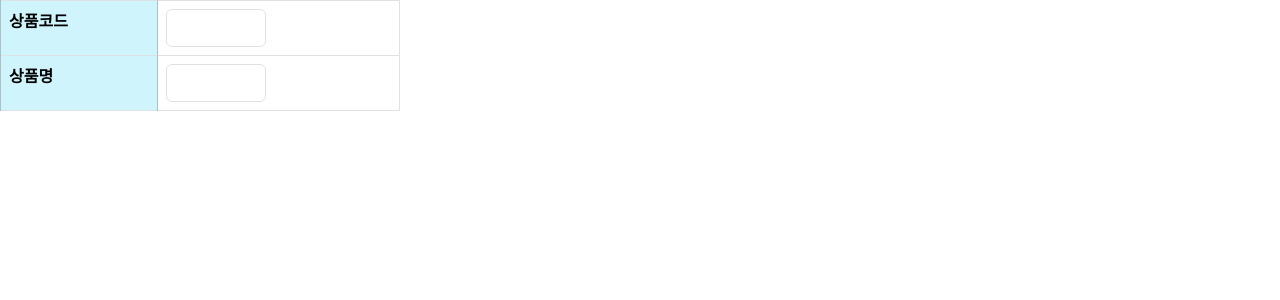
Repository: GANADAG/jspProject
Page: http://localhost/JspProject/ajax0305/read_ex2.jsp
The author's editor kept a copy of each file at every save. The page is drawn from the files as they stood at one save, then again after the next save.
The browser window is 1280 px wide. The pictures show the whole page.
Some web fonts or font styles are not loaded; a fallback is used. The page is served by Tomcat 9. Other server files are loaded and not shown.

Above is the page before, as saved 2024-03-05 07:23:55.

### JspProject/src/main/webapp/ajax0305/read_ex2.jsp
<%@ page language="java" contentType="text/html; charset=UTF-8"
    pageEncoding="UTF-8"%>
<!DOCTYPE html>
<html>
<head>
<meta charset="UTF-8">
<link href="https://cdn.jsdelivr.net/npm/bootstrap@5.3.2/dist/css/bootstrap.min.css" rel="stylesheet">
<link href="https://fonts.googleapis.com/css2?family=Diphylleia&family=Dongle&family=Noto+Sans+KR:wght@100..900&family=Orbit&family=Stylish&display=swap" rel="stylesheet">
<script src="https://code.jquery.com/jquery-3.7.0.js"></script>

<title>Insert title here</title>
</head>
<body>
	<form action="frm">
		<table class="table table-bordered" style="width:400px;">
			<tr>
				<th class="table-info">상품코드</th>
				<td>
					<input type="text" name="scode" id="scode"
					class="form-control" style="width:100px;">
				</td>
			</tr>
			<tr>
				<th class="table-info">상품명</th>
				<td>
					<input type="text" name="sname" id="scode"
					class="form-control" style="width:100px;">
				</td>
			</tr>

		</table>
	</form>
</body>
</html>

After the next save:
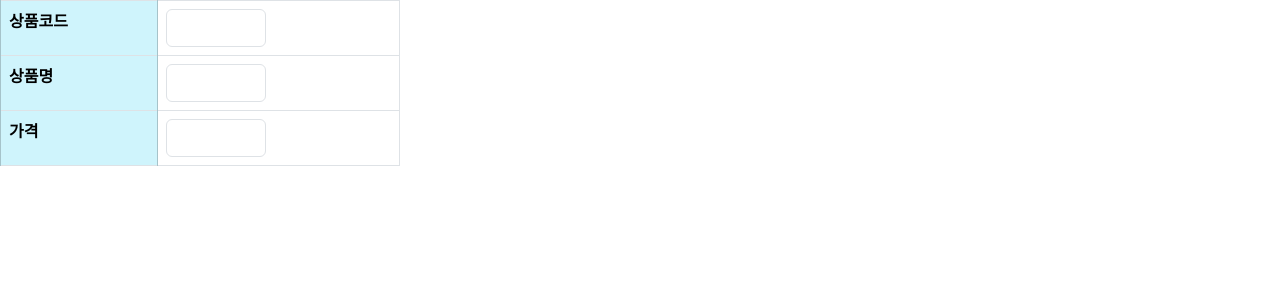
Saved 22 s later.
--- a/JspProject/src/main/webapp/ajax0305/read_ex2.jsp
+++ b/JspProject/src/main/webapp/ajax0305/read_ex2.jsp
@@ -27,6 +27,13 @@
 					class="form-control" style="width:100px;">
 				</td>
 			</tr>
+			<tr>
+				<th class="table-info">가격</th>
+				<td>
+					<input type="text" name="sname" id="price"
+					class="form-control" style="width:100px;">
+				</td>
+			</tr>
 
 		</table>
 	</form>
